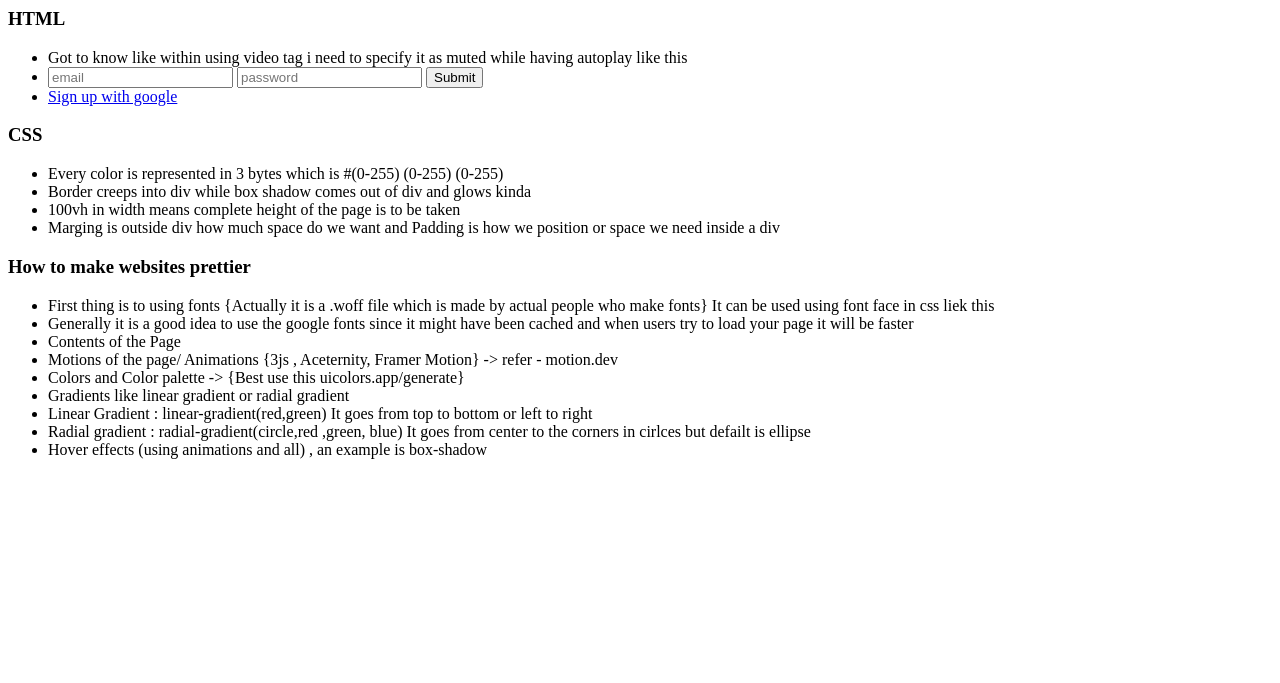
Repository: RohanSai22/harkirat-cohort-learnings
Page: Web/w1.html
These files come from the project's save history. The page is drawn as it stood at one moment and after the next save; the edit follows.
The browser window is 1280 px wide. The pictures show the whole page.

Above is the page before, as saved 2026-03-24 03:47:13.

### Web/w1.html
<html>
    <head>
        <title>My Site</title>
    </head>
    <body>
        <h3>HTML</h3>
        <ul>
            <li>
        Got to know like within using video tag i need to specify it as muted while having autoplay like this
        <!--<video width="300" height="300" autoplay mmuted src="./some.mp4"></video>-->
            </li>
            <li>
                <input type="email" placeholder="email"/>
                <input type ="password" placeholder="password"/>
                <button>Submit</button>
            </li>
            <li>
                <a href="https://www.gmail.com/" target="_blank">Sign up with google</a>
            </li>
        </ul>
        <h3>CSS</h3>
        <ul>
        <li>
            Every color is represented in 3 bytes which is #(0-255) (0-255) (0-255)
        </li>
        <li>
            Border creeps into div while box shadow comes out of div and glows kinda
        </li>
        <li>
            100vh in width means complete height of the page is to be taken
        </li>
        <li>
            Marging is outside div how much space do we want and Padding is how we position or space we need inside a div
        </li>
        </ul>
        <h3>How to make websites prettier</h3>
        <ul>
            <li>
                First thing is to using fonts {Actually it is a .woff file which is made by actual people who make fonts}
                It can be used using font face in css liek this
                <!--
                @font-face{
                name : fancy-font
                url :  fonts.google.com/fancy-font.woff
                }
                #somediv{
                font-family : fancy-font
                }
                -->
            </li>
            <li>
                Generally it is a good idea to use the google fonts since it might have been cached and when users try to load your page it will be faster
            </li>
            <li>
                Contents of the Page
            </li>
            <li>
                Motions of the page/ Animations {3js , Aceternity, Framer Motion} -> refer - motion.dev
            </li>
            <li>
                Colors and Color palette -> {Best use this uicolors.app/generate}
            </li>
            <li>
                Gradients like linear gradient or radial gradient
                <li>
                    Linear Gradient : linear-gradient(red,green)
                    It goes from top to bottom or left to right
                </li>
                <li>
                    Radial gradient : radial-gradient(circle,red ,green, blue)
                    It goes from center to the corners in cirlces but defailt is ellipse
                </li>
            </li>
            <li>
                Hover effects (using animations and all) , an example is box-shadow
            </li>
        </ul>
    </body>
</html>

After the next save:
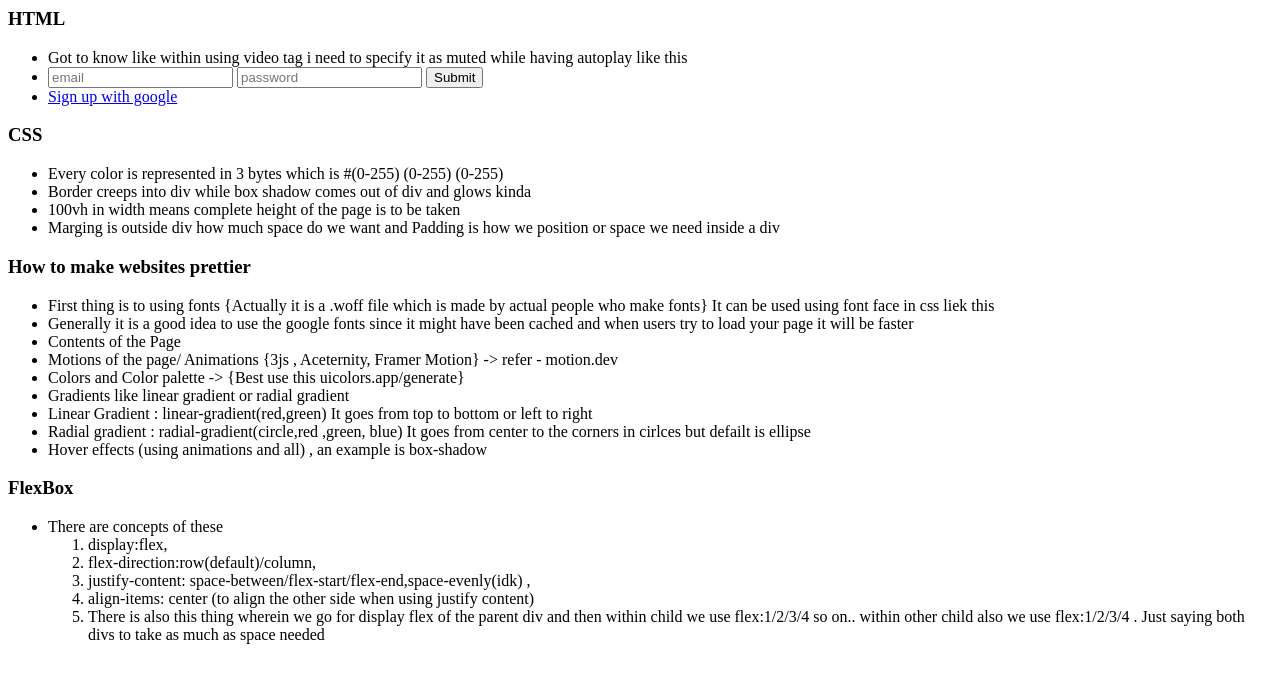
Saved 6 h 4 min later.
--- a/Web/w1.html
+++ b/Web/w1.html
@@ -73,6 +73,33 @@
             </li>
             <li>
                 Hover effects (using animations and all) , an example is box-shadow
+                <!--Example is :
+                transition : box-shadow 0.3s ease; #meaning it should go in an easing slow way
+                -->
+            </li>
+        </ul>
+        <h3>FlexBox</h3>
+        <ul>
+            <li>
+                There are concepts of these
+                <ol>
+                    <li>
+                        display:flex,
+                    </li>
+                    <li>
+                        flex-direction:row(default)/column,
+                    </li>
+                    <li>
+                        justify-content: space-between/flex-start/flex-end,space-evenly(idk) ,
+                    </li>
+                    <li>
+                        align-items: center (to align the other side when using justify content)
+                    </li>
+                    <li>
+                        There is also this thing wherein we go for display flex of the parent div and then within child we use flex:1/2/3/4 so on.. within other child also we use flex:1/2/3/4 . Just saying both divs to take as much as space needed
+                    </li>
+                </ol>
+
             </li>
         </ul>
     </body>
